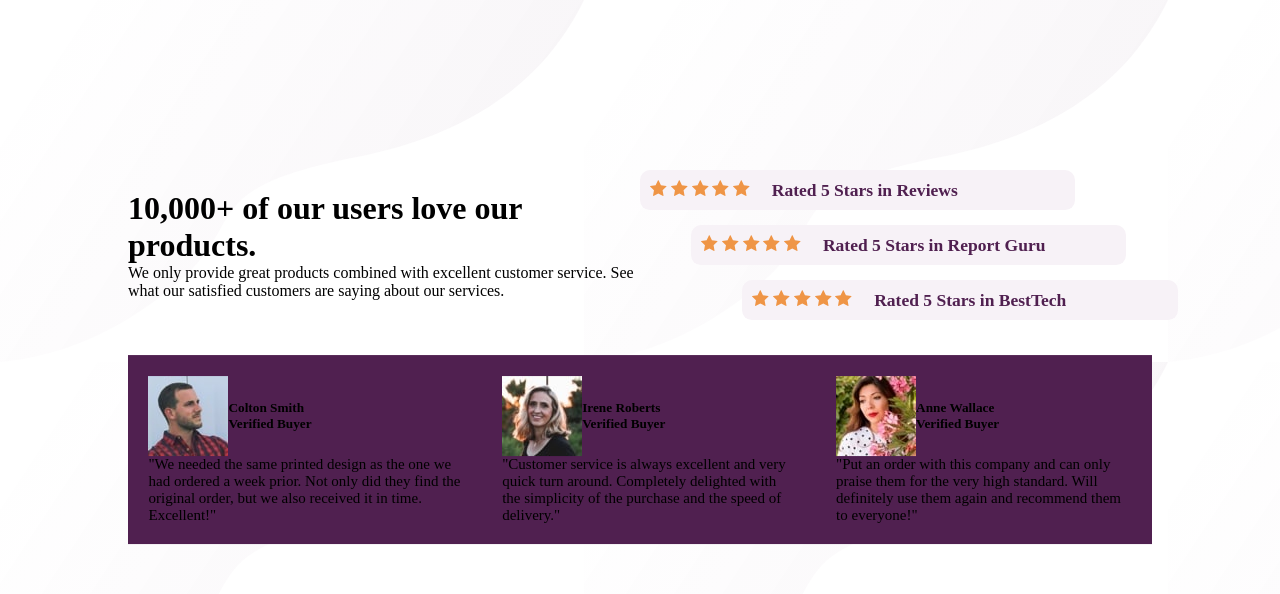
Repository: superZXMzzl/FrontendMentor
Page: social-proof-section-master/index.html
The author's editor kept a copy of each file at every save. The page is drawn from the files as they stood at one save, then again after the next save.
The browser window is 1280 px wide. The pictures show the whole page.

Above is the page before, as saved 2022-05-10 11:23:14.

### social-proof-section-master/index.html
<!DOCTYPE html>
<html lang="en">
  <head>
    <meta charset="UTF-8" />
    <meta name="viewport" content="width=device-width, initial-scale=1.0" />
    <!-- displays site properly based on user's device -->

    <link
      rel="icon"
      type="image/png"
      sizes="32x32"
      href="./images/favicon-32x32.png"
    />
    <link rel="stylesheet" href="style.css">
    <title>Frontend Mentor | Social proof section</title>


  </head>
  <body>

    <div class="container">
      <div class="top">
        <div class="left">
          <h1 class="leftTitle">10,000+ of our users love our products.</h1>
          <p class="leftDes">We only provide great products combined with excellent customer service.
            See what our satisfied customers are saying about our services.</p>
        </div>
        <div class="right">
          <div class="right1">
            <div class="starBox">
              <img src="./images/icon-star.svg" class="star">
              <img src="./images/icon-star.svg" class="star">
              <img src="./images/icon-star.svg" class="star">
              <img src="./images/icon-star.svg" class="star">
              <img src="./images/icon-star.svg" class="star">
            </div>
            <h3 class="starDes">Rated 5 Stars in Reviews</h3>
          </div>
          <div class="right2">
            <div class="starBox">
              <img src="./images/icon-star.svg" class="star">
              <img src="./images/icon-star.svg" class="star">
              <img src="./images/icon-star.svg" class="star">
              <img src="./images/icon-star.svg" class="star">
              <img src="./images/icon-star.svg" class="star">
            </div>
            <h3 class="starDes">Rated 5 Stars in Report Guru</h3>
          </div>
          <div class="right3">
            <div class="starBox">
              <img src="./images/icon-star.svg" class="star">
              <img src="./images/icon-star.svg" class="star">
              <img src="./images/icon-star.svg" class="star">
              <img src="./images/icon-star.svg" class="star">
              <img src="./images/icon-star.svg" class="star">
            </div>
            <h3 class="starDes">Rated 5 Stars in BestTech</h3>
          </div>
        </div>
      </div>
      <div class="bottom">
        <div class="card1">
          <div class="cardHead">
            <img src="./images/image-colton.jpg" class="avatar">
            <div class="cardHeadText">
              <h5>Colton Smith</h5>
              <h5>Verified Buyer</h5>
            </div>
          </div>
          <p class="cardText">"We needed the same printed design as the one we had ordered a week prior.
            Not only did they find the original order, but we also received it in time.
            Excellent!"</p>
        </div>
        <div class="card2">
          <div class="cardHead">
            <img src="./images/image-irene.jpg" class="avatar">
            <div class="cardHeadText">
              <h5>Irene Roberts</h5>
              <h5>Verified Buyer</h5>
            </div>
          </div>
          <p class="cardText">"Customer service is always excellent and very quick turn around. Completely
            delighted with the simplicity of the purchase and the speed of delivery."
          </p>
        </div>
        <div class="card3">
          <div class="cardHead">
            <img src="./images/image-anne.jpg" class="avatar">
            <div class="cardHeadText">
              <h5>Anne Wallace</h5>
              <h5>Verified Buyer</h5>
            </div>
          </div>
          <p class="cardText">"Put an order with this company and can only praise them for the very high
            standard. Will definitely use them again and recommend them to everyone!"</p>
        </div>
      </div>
    </div>
  </body>
</html>

### social-proof-section-master/style.css
* {
    margin: 0;
    padding: 0;
    box-sizing: border-box;
}

body {
    min-height: 100vh;
    display: flex;
    align-items: center;
    background-image: url(./images/bg-pattern-top-desktop.svg);
    position: relative;
}

.container {
    position: absolute;
    width: 80%;
    left: 50%;
    top: 50%;
    transform: translate(-50%, -50%);
}

.top {
    display: grid;
    align-items: center;
    grid-template-columns: 1fr 1fr;
}

.right1, .right2, .right3 {
    display: flex;
    align-items: center;
    background-color: hsl(300, 24%, 96%);
    margin: 15px 0;
    border-radius: 10px;
    width: 85%;
    font-size: 15px;
    color: hsl(300, 43%, 22%);
}

.right2 {
    margin-left: 10%;
}

.right3 {
    margin-left: 20%;
}

.starBox {
    margin: 10px;
    margin-right: 5%;
}

.bottom {
    display: flex;
    align-items: center;
}

.card1, .card2, .card3 {
    margin: 2% 0;
    background-color: hsl(300, 43%, 22%);
    padding: 2%;
}

.cardHead {
    display: flex;
    align-items: center;
}

.cardText {
    font-size: 15px;
}

After the next save:
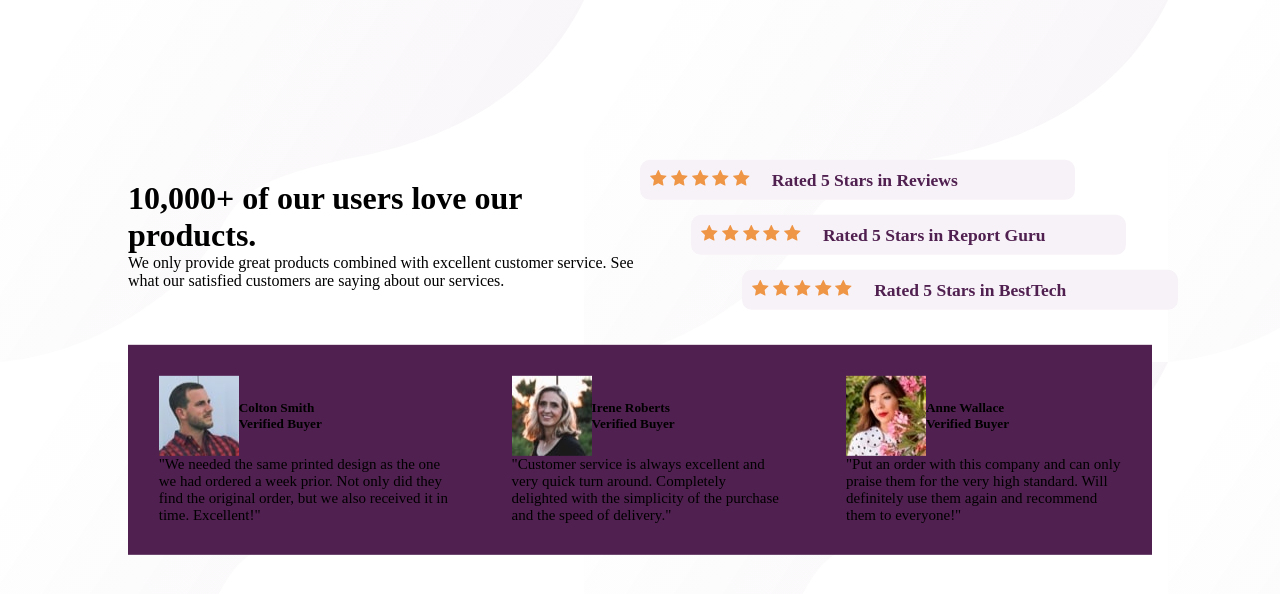
Saved 5 s later.
--- a/social-proof-section-master/style.css
+++ b/social-proof-section-master/style.css
@@ -58,7 +58,7 @@
 .card1, .card2, .card3 {
     margin: 2% 0;
     background-color: hsl(300, 43%, 22%);
-    padding: 2%;
+    padding: 3%;
 }
 
 .cardHead {

After the save that followed:
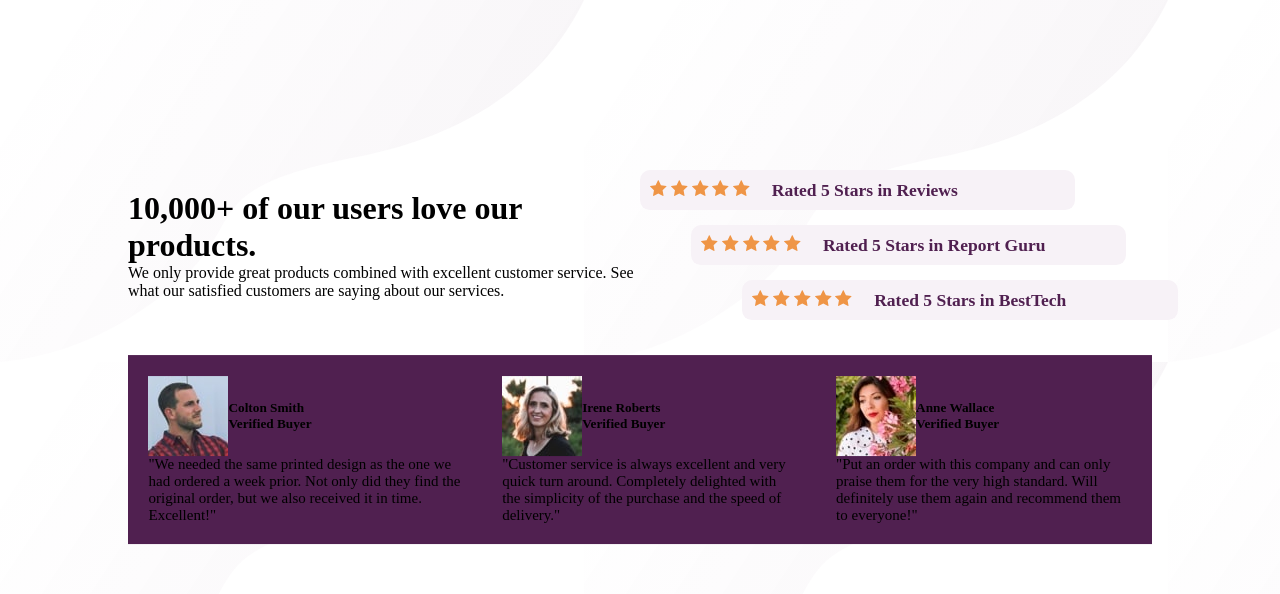
Saved 10 s later.
--- a/social-proof-section-master/style.css
+++ b/social-proof-section-master/style.css
@@ -58,7 +58,7 @@
 .card1, .card2, .card3 {
     margin: 2% 0;
     background-color: hsl(300, 43%, 22%);
-    padding: 3%;
+    padding: 2%;
 }
 
 .cardHead {
